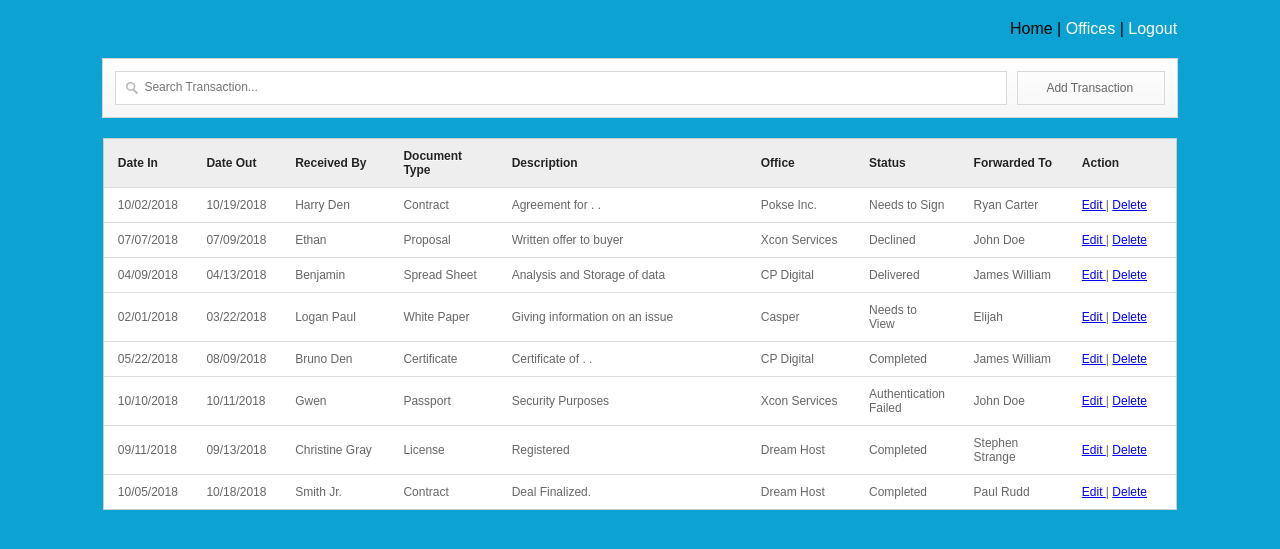
Repository: MrSyntax31/recordmanagement
Page: http://localhost/main/index.php
These files come from the project's save history. The page is drawn as it stood at one moment and after a run of saves; the edit follows.
The browser window is 1280 px wide. The pictures show the whole page.
The page is run by PHP 8.4 with error messages shown; the project is at /var/www/html/. The database holds what the project's SQL file puts in it.

Above is the page before, as saved 2022-03-03 14:34:30.

### main/index.php
<style>
body {
	background: #0ca3d2;
}
table { border-collapse: separate; background-color: #FFFFFF; border-spacing: 0; width: 85%; color: #666666; text-shadow: 0 1px 0 #FFFFFF; border: 1px solid #CCCCCC; box-shadow: 0; margin: 0 auto;font-family: arial; }
table thead tr th { background: none repeat scroll 0 0 #EEEEEE; color: #222222; padding: 10px 14px; text-align: left; border-top: 0 none; font-size: 12px; }
table tbody tr td{
    background-color: #FFFFFF;
	font-size: 12px;
    text-align: left;
	padding: 10px 14px;
	border-top: 1px solid #DDDDDD;
}
#log {
	width: 85%;
	text-align: right;
	margin: 20px auto;
	font-family: arial;
}
#log a {
	color: #FFFFFF;
	text-decoration: none;
	font-family: arial;
}
#formdesign {
	background: linear-gradient(to bottom, #FFFFFF 0%, #F6F6F6 100%) repeat scroll 0 0 rgba(0, 0, 0, 0);
    border: 1px solid #D5D5D5;
    padding: 12px;
    position: relative;
	margin: 20px auto;
	width: 83%;
	clear: both;
	height: 34px;
}
#filter {
	-moz-box-sizing: border-box;
    background: url("img/big_search.png") no-repeat scroll 10px 10px #FFFFFF;
    box-shadow: none;
    display: block;
    font-size: 12px;
    height: 34px;
    padding: 9px 140px 9px 28px;display: block;
    font-size: 12px;
    height: 34px;
    padding: 9px 140px 9px 28px;
    width: 85%;
	border: 1px solid #DADADA;
    transition: border 0.2s linear 0s, box-shadow 0.2s linear 0s;
	padding-top: 6px;
	float: left;
}
#add {
	float: right;
	width: 8.5%;
	display: block;
    font-size: 12px;
    height: 14px;
    padding: 9px 28px 9px 28px;
	border: 1px solid #DADADA;
}
a#add {
	text-decoration: none;
	color: #666666;
	font-family: arial;
	font-size: 12px;
}

</style>
<script src="argiepolicarpio.js" type="text/javascript" charset="utf-8"></script>
<script src="js/application.js" type="text/javascript" charset="utf-8"></script>
<!--sa poip up-->
<link href="src/facebox.css" media="screen" rel="stylesheet" type="text/css" />
   <script src="lib/jquery.js" type="text/javascript"></script>
  <script src="src/facebox.js" type="text/javascript"></script>
  <script type="text/javascript">
    jQuery(document).ready(function($) {
      $('a[rel*=facebox]').facebox({
        loadingImage : 'src/loading.gif',
        closeImage   : 'src/closelabel.png'
      })
    })
  </script>
<div id="log">Home | <a href="offices.php">Offices</a> | <a href="../index.php">Logout</a>
</div>
<div id="formdesign">
<input type="text" name="filter" value="" id="filter" placeholder="Search Transaction..." autocomplete="off" />
<a rel="facebox" href="add.php" id="add">Add Transaction</a>
</div>
<table cellspacing="0" cellpadding="2" id="resultTable">
<thead>
	<tr>
		<th width="5%"> Date In</th>
		<th width="7%"> Date Out</th>
		<th width="10%"> Received By </th>
		<th width="10%"> Document Type </th>
		<th width="23%"> Description </th>
		<th width="10%"> Office </th>
		<th width="5%"> Status </th>
		<th width="10%"> Forwarded To </th>
		<th width="10%"> Action </th>
	</tr>
</thead>
<tbody>
	<?php
		include('connect.php');
		$result = $db->prepare("SELECT * FROM transaction ORDER BY id DESC");
		$result->execute();
		for($i=0; $row = $result->fetch(); $i++){
	?>
	<tr class="record">
		<td><?php echo $row['date']; ?></td>
		<td><?php echo $row['dateout']; ?></td>
		<td><?php echo $row['receive_by']; ?></td>
		<td><?php echo $row['doc_type']; ?></td>
		<td><?php echo $row['description']; ?></td>
		<td><?php echo $row['office']; ?></td>
		<td><?php echo $row['status']; ?></td>
		<td><?php echo $row['ft']; ?></td>
		<td><a rel="facebox" href="editform.php?id=<?php echo $row['id']; ?>"> Edit </a> | <a href="#" id="<?php echo $row['id']; ?>" class="delbutton" title="Click To Delete">Delete</a></td>
	</tr>
	<?php
		}
	?>
</tbody>
</table>
<script src="js/jquery.js"></script>
  <script type="text/javascript">
$(function() {


$(".delbutton").click(function(){

//Save the link in a variable called element
var element = $(this);

//Find the id of the link that was clicked
var del_id = element.attr("id");

//Built a url to send
var info = 'id=' + del_id;
 if(confirm("Sure you want to delete this update? There is NO undo!"))
		  {

 $.ajax({
   type: "GET",
   url: "delete.php",
   data: info,
   success: function(){

   }
 });
         $(this).parents(".record").animate({ backgroundColor: "#fbc7c7" }, "fast")
		.animate({ opacity: "hide" }, "slow");

 }

return false;

});

});
</script>

### main/connect.php
<?php
/* Database config */
$db_host		= 'localhost';
$db_user		= 'root';
$db_pass		= '';
$db_database	= 'record';

/* End config */

$db = new PDO('mysql:host='.$db_host.';dbname='.$db_database, $db_user, $db_pass);
$db->setAttribute(PDO::ATTR_ERRMODE, PDO::ERRMODE_EXCEPTION);

?>

### main/js/application.js
$(document).ready(function() {
	zebraRows('tr:odd td', 'odd');

	$('tbody tr').hover(function(){
	  $(this).find('td').addClass('hovered');
	}, function(){
	  $(this).find('td').removeClass('hovered');
	});

	//default each row to visible
	$('tbody tr').addClass('visible');

	//overrides CSS display:none property
	//so only users w/ JS will see the
	//filter box
	$('#search').show();

	$('#filter').keyup(function(event) {
		//if esc is pressed or nothing is entered
    if (event.keyCode == 27 || $(this).val() == '') {
			//if esc is pressed we want to clear the value of search box
			$(this).val('');

			//we want each row to be visible because if nothing
			//is entered then all rows are matched.
      $('tbody tr').removeClass('visible').show().addClass('visible');
    }

		//if there is text, lets filter
		else {
      filter('tbody tr', $(this).val());
    }

		//reapply zebra rows
		$('.visible td').removeClass('odd');
		zebraRows('.visible:even td', 'odd');
	});

	//grab all header rows
	$('thead th').each(function(column) {
		$(this).addClass('sortable')
					.click(function(){
						var findSortKey = function($cell) {
							return $cell.find('.sort-key').text().toUpperCase() + ' ' + $cell.text().toUpperCase();
						};

						var sortDirection = $(this).is('.sorted-asc') ? -1 : 1;

						//step back up the tree and get the rows with data
						//for sorting
						var $rows		= $(this).parent()
																.parent()
																.parent()
																.find('tbody tr')
																.get();

						//loop through all the rows and find
						$.each($rows, function(index, row) {
							row.sortKey = findSortKey($(row).children('td').eq(column));
						});

						//compare and sort the rows alphabetically
						$rows.sort(function(a, b) {
							if (a.sortKey < b.sortKey) return -sortDirection;
							if (a.sortKey > b.sortKey) return sortDirection;
							return 0;
						});

						//add the rows in the correct order to the bottom of the table
						$.each($rows, function(index, row) {
							$('tbody').append(row);
							row.sortKey = null;
						});

						//identify the column sort order
						$('th').removeClass('sorted-asc sorted-desc');
						var $sortHead = $('th').filter(':nth-child(' + (column + 1) + ')');
						sortDirection == 1 ? $sortHead.addClass('sorted-asc') : $sortHead.addClass('sorted-desc');

						//identify the column to be sorted by
						$('td').removeClass('sorted')
									.filter(':nth-child(' + (column + 1) + ')')
									.addClass('sorted');

						$('.visible td').removeClass('odd');
						zebraRows('.visible:even td', 'odd');
					});
	});
});


//used to apply alternating row styles
function zebraRows(selector, className)
{
	$(selector).removeClass(className)
							.addClass(className);
}

//filter results based on query
function filter(selector, query) {
	query	=	$.trim(query); //trim white space
  query = query.replace(/ /gi, '|'); //add OR for regex

  $(selector).each(function() {
    ($(this).text().search(new RegExp(query, "i")) < 0) ? $(this).hide().removeClass('visible') : $(this).show().addClass('visible');
  });
}

### main/src/facebox.css
#facebox {
  position: absolute;
  top: 0;
  left: 0;
  z-index: 100;
  text-align: left;
}


#facebox .popup{
  position:relative;
  border:3px solid rgba(0,0,0,0);
  -webkit-border-radius:5px;
  -moz-border-radius:5px;
  border-radius:5px;
  -webkit-box-shadow:0 0 18px rgba(0,0,0,0.4);
  -moz-box-shadow:0 0 18px rgba(0,0,0,0.4);
  box-shadow:0 0 18px rgba(0,0,0,0.4);
}

#facebox .content {
  display:table;
  width: 280px;
  padding: 10px;
  background: #fff;
  -webkit-border-radius:4px;
  -moz-border-radius:4px;
  border-radius:4px;
}

#facebox .content > p:first-child{
  margin-top:0;
}
#facebox .content > p:last-child{
  margin-bottom:0;
}

#facebox .close{
  position:absolute;
  top:5px;
  right:5px;
  padding:2px;
  background:#fff;
}
#facebox .close img{
  opacity:0.3;
}
#facebox .close:hover img{
  opacity:1.0;
}

#facebox .loading {
  text-align: center;
}

#facebox .image {
  text-align: center;
}

#facebox img {
  border: 0;
  margin: 0;
}

#facebox_overlay {
  position: fixed;
  top: 0px;
  left: 0px;
  height:100%;
  width:100%;
}

.facebox_hide {
  z-index:-100;
}

.facebox_overlayBG {
  background-color: #000;
  z-index: 99;
}

.hoverbox
{
	cursor: default;
	list-style: none;
}

.hoverbox a
{
	cursor:pointer;
}


.hoverbox img
{
	background: #fff;
	border-color: #aaa #ccc #ddd #bbb;
	border-style: solid;
	border-width: 1px;
	color: inherit;
	padding: 2px;
	vertical-align: top;
	width: 115px;
	height: 70px;
	margin-bottom:5px;
}

### main/src/facebox.js
/*
 * Facebox (for jQuery)
 * version: 1.2 (05/05/2008)
 * @requires jQuery v1.2 or later
 *
 * Examples at http://famspam.com/facebox/
 *
 * Licensed under the MIT:
 *   http://www.opensource.org/licenses/mit-license.php
 *
 * Copyright 2007, 2008 Chris Wanstrath [ chris@ozmm.org ]
 *
 * Usage:
 *
 *  jQuery(document).ready(function() {
 *    jQuery('a[rel*=facebox]').facebox()
 *  })
 *
 *  <a href="#terms" rel="facebox">Terms</a>
 *    Loads the #terms div in the box
 *
 *  <a href="terms.html" rel="facebox">Terms</a>
 *    Loads the terms.html page in the box
 *
 *  <a href="terms.png" rel="facebox">Terms</a>
 *    Loads the terms.png image in the box
 *
 *
 *  You can also use it programmatically:
 *
 *    jQuery.facebox('some html')
 *    jQuery.facebox('some html', 'my-groovy-style')
 *
 *  The above will open a facebox with "some html" as the content.
 *
 *    jQuery.facebox(function($) {
 *      $.get('blah.html', function(data) { $.facebox(data) })
 *    })
 *
 *  The above will show a loading screen before the passed function is called,
 *  allowing for a better ajaxy experience.
 *
 *  The facebox function can also display an ajax page, an image, or the contents of a div:
 *
 *    jQuery.facebox({ ajax: 'remote.html' })
 *    jQuery.facebox({ ajax: 'remote.html' }, 'my-groovy-style')
 *    jQuery.facebox({ image: 'stairs.jpg' })
 *    jQuery.facebox({ image: 'stairs.jpg' }, 'my-groovy-style')
 *    jQuery.facebox({ div: '#box' })
 *    jQuery.facebox({ div: '#box' }, 'my-groovy-style')
 *
 *  Want to close the facebox?  Trigger the 'close.facebox' document event:
 *
 *    jQuery(document).trigger('close.facebox')
 *
 *  Facebox also has a bunch of other hooks:
 *
 *    loading.facebox
 *    beforeReveal.facebox
 *    reveal.facebox (aliased as 'afterReveal.facebox')
 *    init.facebox
 *    afterClose.facebox
 *
 *  Simply bind a function to any of these hooks:
 *
 *   $(document).bind('reveal.facebox', function() { ...stuff to do after the facebox and contents are revealed... })
 *
 */
(function($) {
  $.facebox = function(data, klass) {
    $.facebox.loading()

    if (data.ajax) fillFaceboxFromAjax(data.ajax, klass)
    else if (data.image) fillFaceboxFromImage(data.image, klass)
    else if (data.div) fillFaceboxFromHref(data.div, klass)
    else if ($.isFunction(data)) data.call($)
    else $.facebox.reveal(data, klass)
  }

  /*
   * Public, $.facebox methods
   */

  $.extend($.facebox, {
    settings: {
      opacity      : 0.2,
      overlay      : false,
      loadingImage : '/facebox/loading.gif',
      closeImage   : '/facebox/closelabel.png',
      imageTypes   : [ 'png', 'jpg', 'jpeg', 'gif' ],
      faceboxHtml  : '\
    <div id="facebox" style="display:none;"> \
      <div class="popup"> \
        <div class="content"> \
        </div> \
        <a href="#" class="close"><img src="/facebox/closelabel.png" title="close" class="close_image" /></a> \
      </div> \
    </div>'
    },

    loading: function() {
      init()
      if ($('#facebox .loading').length == 1) return true
      showOverlay()

      $('#facebox .content').empty()
      $('#facebox .body').children().hide().end().
        append('<div class="loading"><img src="'+$.facebox.settings.loadingImage+'"/></div>')

      $('#facebox').css({
        top:	getPageScroll()[1] + (getPageHeight() / 10),
        left:	$(window).width() / 2 - 205
      }).show()

      $(document).bind('keydown.facebox', function(e) {
        if (e.keyCode == 27) $.facebox.close()
        return true
      })
      $(document).trigger('loading.facebox')
    },

    reveal: function(data, klass) {
      $(document).trigger('beforeReveal.facebox')
      if (klass) $('#facebox .content').addClass(klass)
      $('#facebox .content').append(data)
      $('#facebox .loading').remove()
      $('#facebox .body').children().fadeIn('normal')
      $('#facebox').css('left', $(window).width() / 2 - ($('#facebox .popup').width() / 2))
      $(document).trigger('reveal.facebox').trigger('afterReveal.facebox')
    },

    close: function() {
      $(document).trigger('close.facebox')
      return false
    }
  })

  /*
   * Public, $.fn methods
   */

  $.fn.facebox = function(settings) {
    if ($(this).length == 0) return

    init(settings)

    function clickHandler() {
      $.facebox.loading(true)

      // support for rel="facebox.inline_popup" syntax, to add a class
      // also supports deprecated "facebox[.inline_popup]" syntax
      var klass = this.rel.match(/facebox\[?\.(\w+)\]?/)
      if (klass) klass = klass[1]

      fillFaceboxFromHref(this.href, klass)
      return false
    }

    return this.bind('click.facebox', clickHandler)
  }

  /*
   * Private methods
   */

  // called one time to setup facebox on this page
  function init(settings) {
    if ($.facebox.settings.inited) return true
    else $.facebox.settings.inited = true

    $(document).trigger('init.facebox')
    makeCompatible()

    var imageTypes = $.facebox.settings.imageTypes.join('|')
    $.facebox.settings.imageTypesRegexp = new RegExp('\.(' + imageTypes + ')$', 'i')

    if (settings) $.extend($.facebox.settings, settings)
    $('body').append($.facebox.settings.faceboxHtml)

    var preload = [ new Image(), new Image() ]
    preload[0].src = $.facebox.settings.closeImage
    preload[1].src = $.facebox.settings.loadingImage

    $('#facebox').find('.b:first, .bl').each(function() {
      preload.push(new Image())
      preload.slice(-1).src = $(this).css('background-image').replace(/url\((.+)\)/, '$1')
    })

    $('#facebox .close').click($.facebox.close)
    $('#facebox .close_image').attr('src', $.facebox.settings.closeImage)
  }

  // getPageScroll() by quirksmode.com
  function getPageScroll() {
    var xScroll, yScroll;
    if (self.pageYOffset) {
      yScroll = self.pageYOffset;
      xScroll = self.pageXOffset;
    } else if (document.documentElement && document.documentElement.scrollTop) {	 // Explorer 6 Strict
      yScroll = document.documentElement.scrollTop;
      xScroll = document.documentElement.scrollLeft;
    } else if (document.body) {// all other Explorers
      yScroll = document.body.scrollTop;
      xScroll = document.body.scrollLeft;
    }
    return new Array(xScroll,yScroll)
  }

  // Adapted from getPageSize() by quirksmode.com
  function getPageHeight() {
    var windowHeight
    if (self.innerHeight) {	// all except Explorer
      windowHeight = self.innerHeight;
    } else if (document.documentElement && document.documentElement.clientHeight) { // Explorer 6 Strict Mode
      windowHeight = document.documentElement.clientHeight;
    } else if (document.body) { // other Explorers
      windowHeight = document.body.clientHeight;
    }
    return windowHeight
  }

  // Backwards compatibility
  function makeCompatible() {
    var $s = $.facebox.settings

    $s.loadingImage = $s.loading_image || $s.loadingImage
    $s.closeImage = $s.close_image || $s.closeImage
    $s.imageTypes = $s.image_types || $s.imageTypes
    $s.faceboxHtml = $s.facebox_html || $s.faceboxHtml
  }

  // Figures out what you want to display and displays it
  // formats are:
  //     div: #id
  //   image: blah.extension
  //    ajax: anything else
  function fillFaceboxFromHref(href, klass) {
    // div
    if (href.match(/#/)) {
      var url    = window.location.href.split('#')[0]
      var target = href.replace(url,'')
      if (target == '#') return
      $.facebox.reveal($(target).html(), klass)

    // image
    } else if (href.match($.facebox.settings.imageTypesRegexp)) {
      fillFaceboxFromImage(href, klass)
    // ajax
    } else {
      fillFaceboxFromAjax(href, klass)
    }
  }

  function fillFaceboxFromImage(href, klass) {
    var image = new Image()
    image.onload = function() {
      $.facebox.reveal('<div class="image"><img src="' + image.src + '" /></div>', klass)
    }
    image.src = href
  }

  function fillFaceboxFromAjax(href, klass) {
    $.get(href, function(data) { $.facebox.reveal(data, klass) })
  }

  function skipOverlay() {
    return $.facebox.settings.overlay == false || $.facebox.settings.opacity === null
  }

  function showOverlay() {
    if (skipOverlay()) return

    if ($('#facebox_overlay').length == 0)
      $("body").append('<div id="facebox_overlay" class="facebox_hide"></div>')

    $('#facebox_overlay').hide().addClass("facebox_overlayBG")
      .css('opacity', $.facebox.settings.opacity)
      .click(function() { $(document).trigger('close.facebox') })
      .fadeIn(200)
    return false
  }

  function hideOverlay() {
    if (skipOverlay()) return

    $('#facebox_overlay').fadeOut(200, function(){
      $("#facebox_overlay").removeClass("facebox_overlayBG")
      $("#facebox_overlay").addClass("facebox_hide")
      $("#facebox_overlay").remove()
    })

    return false
  }

  /*
   * Bindings
   */

  $(document).bind('close.facebox', function() {
    $(document).unbind('keydown.facebox')
    $('#facebox').fadeOut(function() {
      $('#facebox .content').removeClass().addClass('content')
      $('#facebox .loading').remove()
      $(document).trigger('afterClose.facebox')
    })
    hideOverlay()
  })

})(jQuery);

### main/DATABASE/record.sql (the tables this page reads)
CREATE TABLE IF NOT EXISTS `transaction` (
`id` int(11) NOT NULL,
  `date` varchar(100) NOT NULL,
  `doc_type` varchar(100) NOT NULL,
  `description` varchar(1000) NOT NULL,
  `office` varchar(100) NOT NULL,
  `status` varchar(100) NOT NULL,
  `dateout` varchar(100) NOT NULL,
  `receive_by` varchar(100) NOT NULL,
  `ft` varchar(100) NOT NULL
) ENGINE=InnoDB AUTO_INCREMENT=9 DEFAULT CHARSET=latin1;

INSERT INTO `transaction` (`id`, `date`, `doc_type`, `description`, `office`, `status`, `dateout`, `receive_by`, `ft`) VALUES
(1, '10/05/2018', 'Contract', 'Deal Finalized. ', 'Dream Host', 'Completed', '10/18/2018', 'Smith Jr.', 'Paul Rudd'),
(2, '09/11/2018', 'License', 'Registered', 'Dream Host', 'Completed', '09/13/2018', 'Christine Gray', 'Stephen Strange'),
(3, '10/10/2018', 'Passport', 'Security Purposes', 'Xcon Services', 'Authentication Failed', '10/11/2018', 'Gwen', 'John Doe'),
(4, '05/22/2018', 'Certificate', 'Certificate of . .', 'CP Digital', 'Completed', '08/09/2018', 'Bruno Den', 'James William'),
(5, '02/01/2018', 'White Paper', 'Giving information on an issue', 'Casper', 'Needs to View', '03/22/2018', 'Logan Paul', 'Elijah'),
(6, '04/09/2018', 'Spread Sheet', 'Analysis and Storage of data', 'CP Digital', 'Delivered', '04/13/2018', 'Benjamin', 'James William'),
(7, '07/07/2018', 'Proposal', 'Written offer to buyer', 'Xcon Services', 'Declined', '07/09/2018', 'Ethan', 'John Doe'),
(8, '10/02/2018', 'Contract', 'Agreement for . .', 'Pokse Inc.', 'Needs to Sign', '10/19/2018', 'Harry Den', 'Ryan Carter');

ALTER TABLE `transaction`
 ADD PRIMARY KEY (`id`);

ALTER TABLE `transaction`
MODIFY `id` int(11) NOT NULL AUTO_INCREMENT,AUTO_INCREMENT=9;

Loaded but not shown: main/argiepolicarpio.js (library); main/lib/jquery.js (library); main/js/jquery.js (library)

After the next 2 saves:
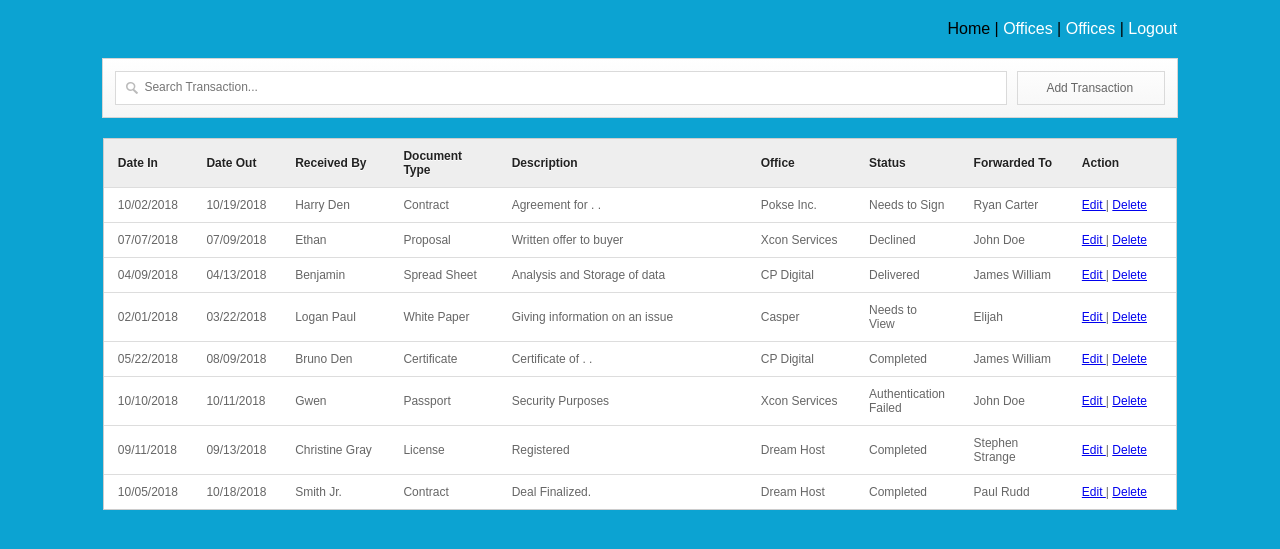
The 2 saves are shown as one change because they came seconds apart.
The last was saved 48 s later.
--- a/main/index.php
+++ b/main/index.php
@@ -80,7 +80,7 @@ a#add {
       })
     })
   </script>
-<div id="log">Home | <a href="offices.php">Offices</a> | <a href="../index.php">Logout</a>
+<div id="log">Home | <a href="offices.php">Offices</a> | <a href="offices.php">Offices</a> | <a href="../index.php">Logout</a>
 </div>
 <div id="formdesign">
 <input type="text" name="filter" value="" id="filter" placeholder="Search Transaction..." autocomplete="off" />
